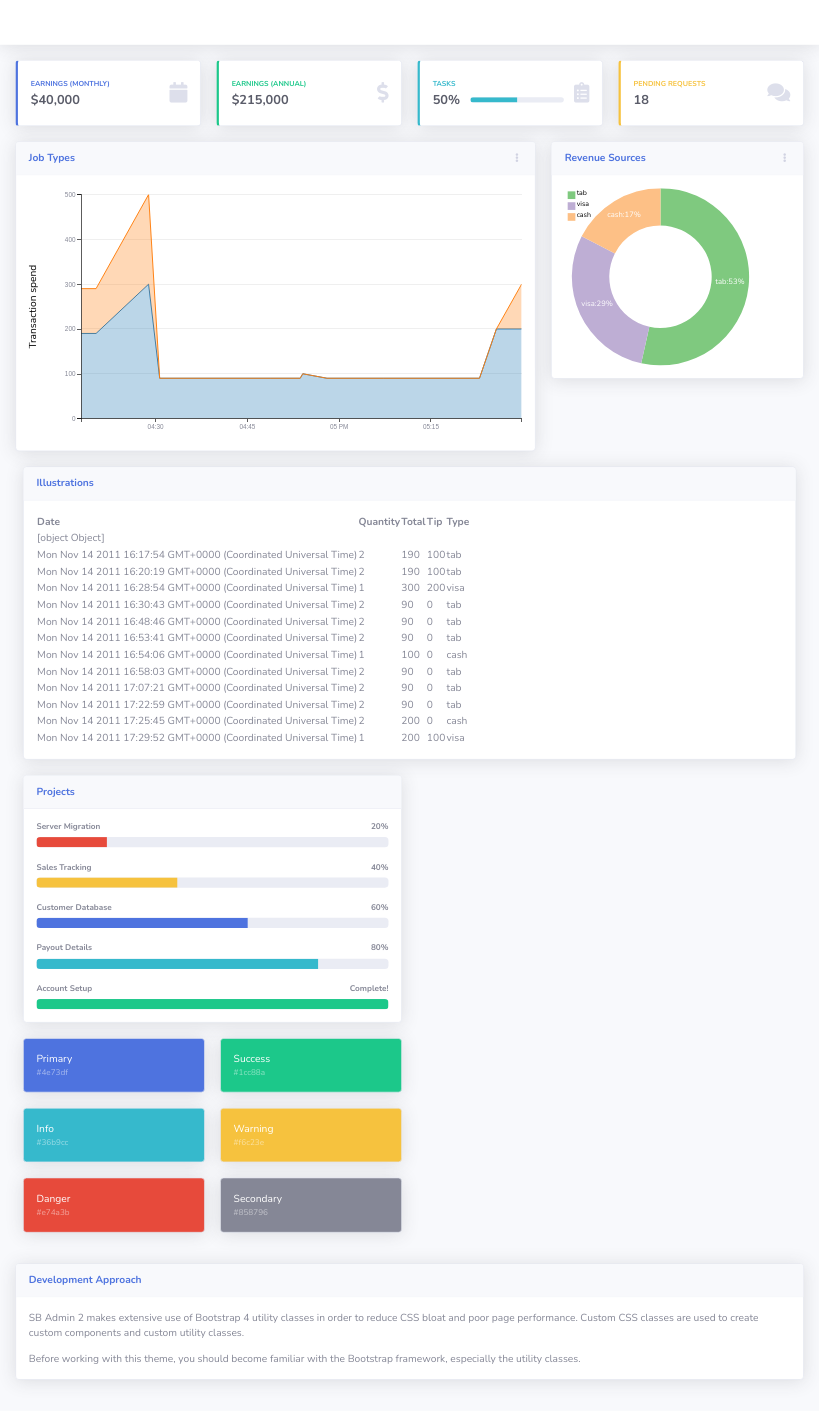
Repository: fLavery/NodeDashboard
Page: index.html
The author's editor kept a record of every edit. The page is drawn from the files as they stood at one moment, then again after the next edit.
The browser window is 1280 px wide. The pictures show the whole page, at 64% of full size.

Above is the page before.
Console error: TypeError: Cannot read properties of null (reading 'length')

After the next edit:
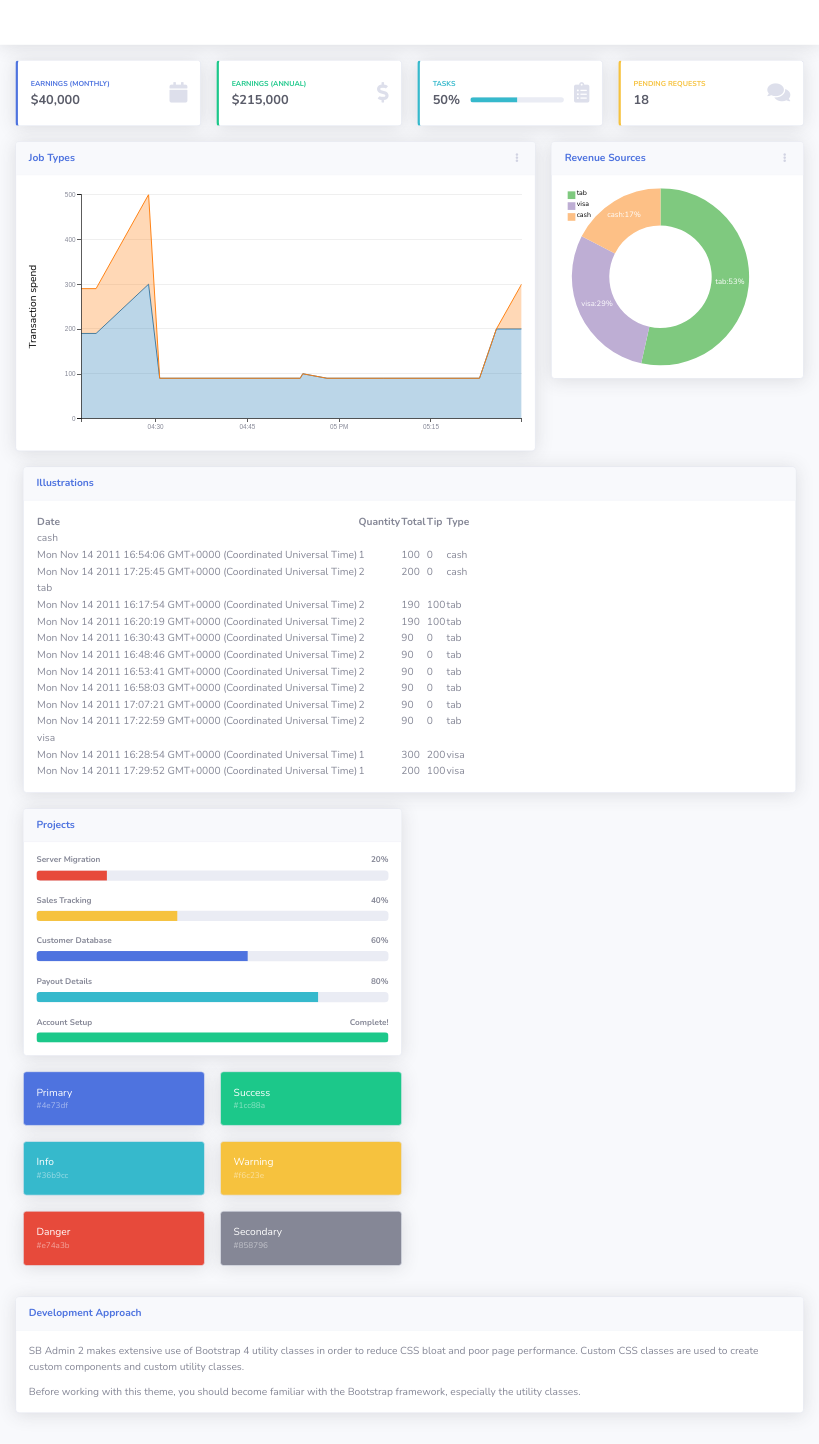
The edit:
--- a/index.html
+++ b/index.html
@@ -385,7 +385,7 @@
                       .width(100)
                       .height(300)
                       .dimension(dateDimension)
-                      .group(function (d){  console.log(d); return d})
+                      .group(function (d){  console.log(d); return d.type})
                       .columns (['date','quantity','total', 'tip', 'type']);
 
 
